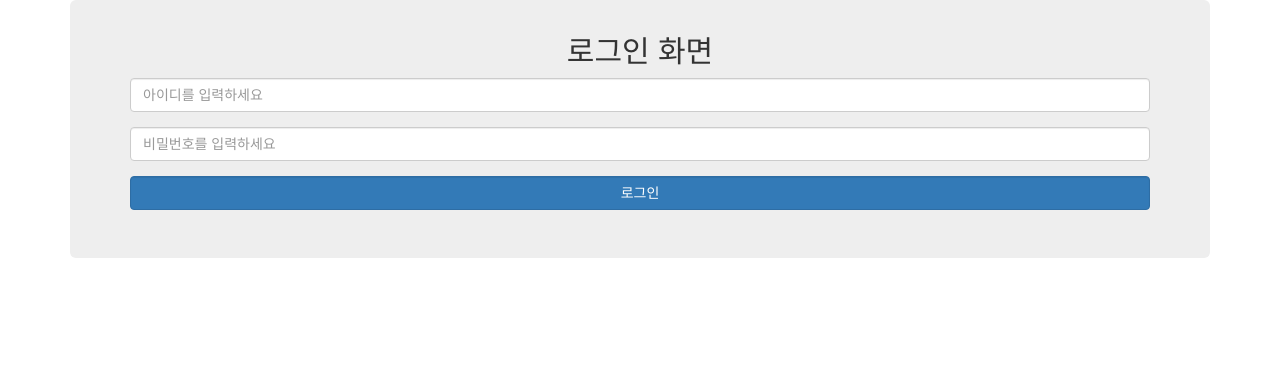
Repository: flown222/JSP_BasicWebsite_Project
Page: http://localhost/BBS/login.jsp
These files come from the project's save history. The page is drawn as it stood at one moment and after the next save; the edit follows.
The browser window is 1280 px wide. The pictures show the whole page.
The page is served by Tomcat 9. Other server files are loaded and not shown.

Above is the page before, as saved 2022-08-21 06:26:12.

### projects /BBS/src/main/webapp/login.jsp
<%@ page language="java" contentType="text/html; charset=UTF-8"
    pageEncoding="UTF-8"%>
<!DOCTYPE html>
<html>
<head>
<meta http-equiv="Content-Type" content="text/html; charset=UTF-8">
<meta name="viewport" content="width=device-width" , initial-scale="1">
<link rel="stylesheet" href="css/bootstrap.css">

<title>JSP 로그인 웹 사이트</title>
</head>
<body>

 <div class="container">
           <div class="col-Lg-4"></div>
           <div class="col-Lg-4"></div>
              <div class="jumbotron" style="padding-top: 15px;">
               	<form method="post" action="loginAction.jsp">
                <h2 style="text-align: center;">로그인 화면</h2>
                <div class="form-group">
                <input type="text" class="form-control" placeholder="아이디를 입력하세요" name="userID" maxlength="20">
                  </div>
                  <div class="form-group">
                <input type="password" class="form-control" placeholder="비밀번호를 입력하세요" name="userPassword" maxlength="20">
                  </div>
                   <input type="submit" class="btn btn-primary form-control" value="로그인">
                  </form>
              </div>
          </div>
	<script src="https://code.jquery.com/jquery-3.3.1.min.js"></script>
	<script src="js/bootstrap.js"></script>
</body>
</html>

Loaded but not shown: projects /BBS/src/main/webapp/css/bootstrap.css (library); projects /BBS/src/main/webapp/js/bootstrap.js (library)

After the next save:
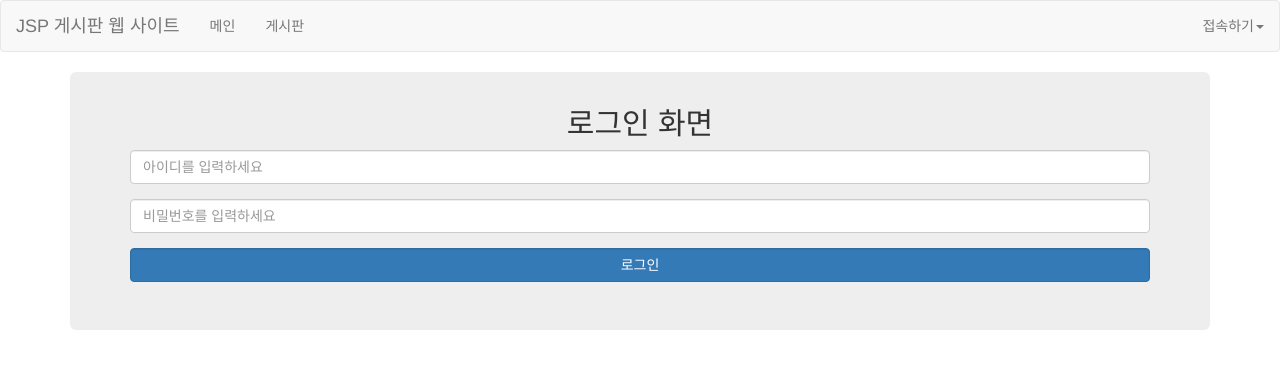
Saved 10 s later.
--- a/projects /BBS/src/main/webapp/login.jsp
+++ b/projects /BBS/src/main/webapp/login.jsp
@@ -10,7 +10,37 @@
 <title>JSP 로그인 웹 사이트</title>
 </head>
 <body>
+	<nav class="navbar navbar-default ">
+		<div class="navbar-header">
+			<button type="button" class="navbar-toggle collapsed"
+			data-toggle="collapse" data-target="#bs-example-navbar-collapse-1"
+			aria-expanded="false">
+				<span class="icon-bar"></span>
+				<span class="icon-bar"></span>
+				<span class="icon-bar"></span>
+			</button>
 
+			<a class="navbar-brand" href="main.jsp">JSP 게시판 웹 사이트</a>
+		</div>
+       <div class="collapse navbar-collapse" id="bs-example-navbar-collapse-1"
+       				aria-expanded="false">
+           <ul class="nav navbar-nav">
+                   <li><a href="main.jsp">메인</a></li>
+                   <li><a href="bbs.jsp">게시판</a></li>
+           </ul>
+			<ul class="nav navbar-nav navbar-right">
+				<li class="dropdown">
+					<a href="#" class="dropdown-toggle"
+                     data-toggle="dropdown" role="button" aria-haspopup="true"
+                     aria-expanded="false">접속하기<span class="caret"></span></a>
+                     <ul class="dropdown-menu">
+                     	<li class="active"><a href="login.jsp">로그인</a></li>
+                     	<li><a href="join.jsp">회원가입</a></li>
+                     </ul>
+				</li>
+			</ul>
+		</div>
+	</nav>
  <div class="container">
            <div class="col-Lg-4"></div>
            <div class="col-Lg-4"></div>
